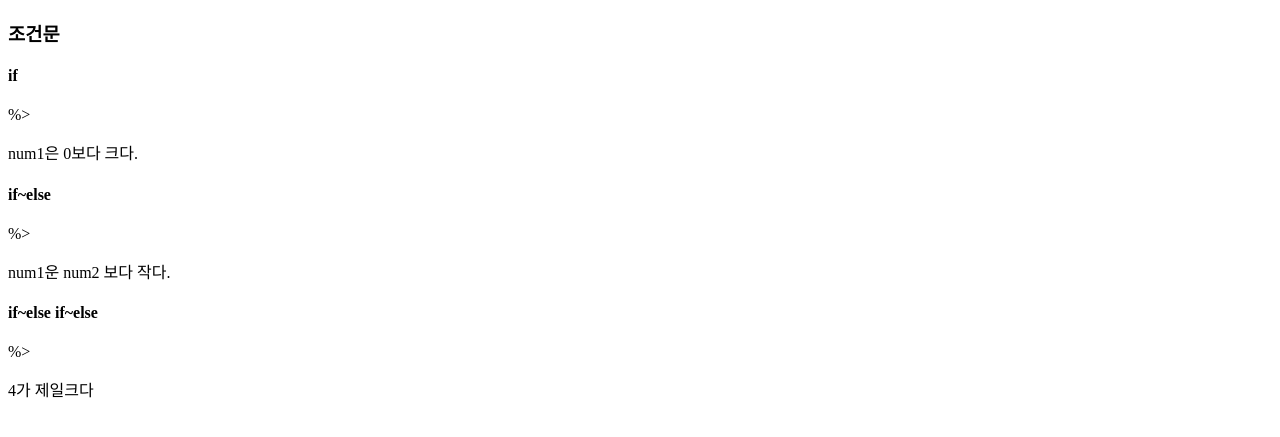
Repository: 2017112847/Jsp
Page: http://localhost/ch02/2_Condition.jsp
An editor plug-in stored every save of this project. The page is shown before and after the next save, followed by the edit.
The browser window is 1280 px wide. The pictures show the whole page.
The page is served by Tomcat 10.

Above is the page before, as saved 2025-07-28 01:40:20.

After the next save:
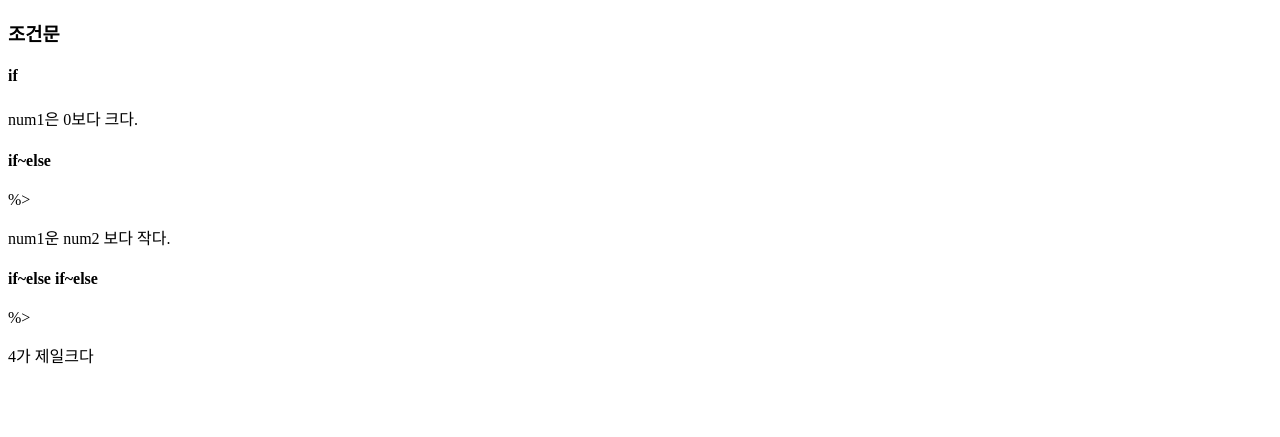
Saved 32 s later.
--- a/ch02/src/main/webapp/2_Condition.jsp
+++ b/ch02/src/main/webapp/2_Condition.jsp
@@ -11,7 +11,7 @@
 	</head>
 	<body>
 		<h3>조건문</h3>
-		<h4>if</h4> %>
+		<h4>if</h4>
 
 		<%
 			int num1 = 1;
